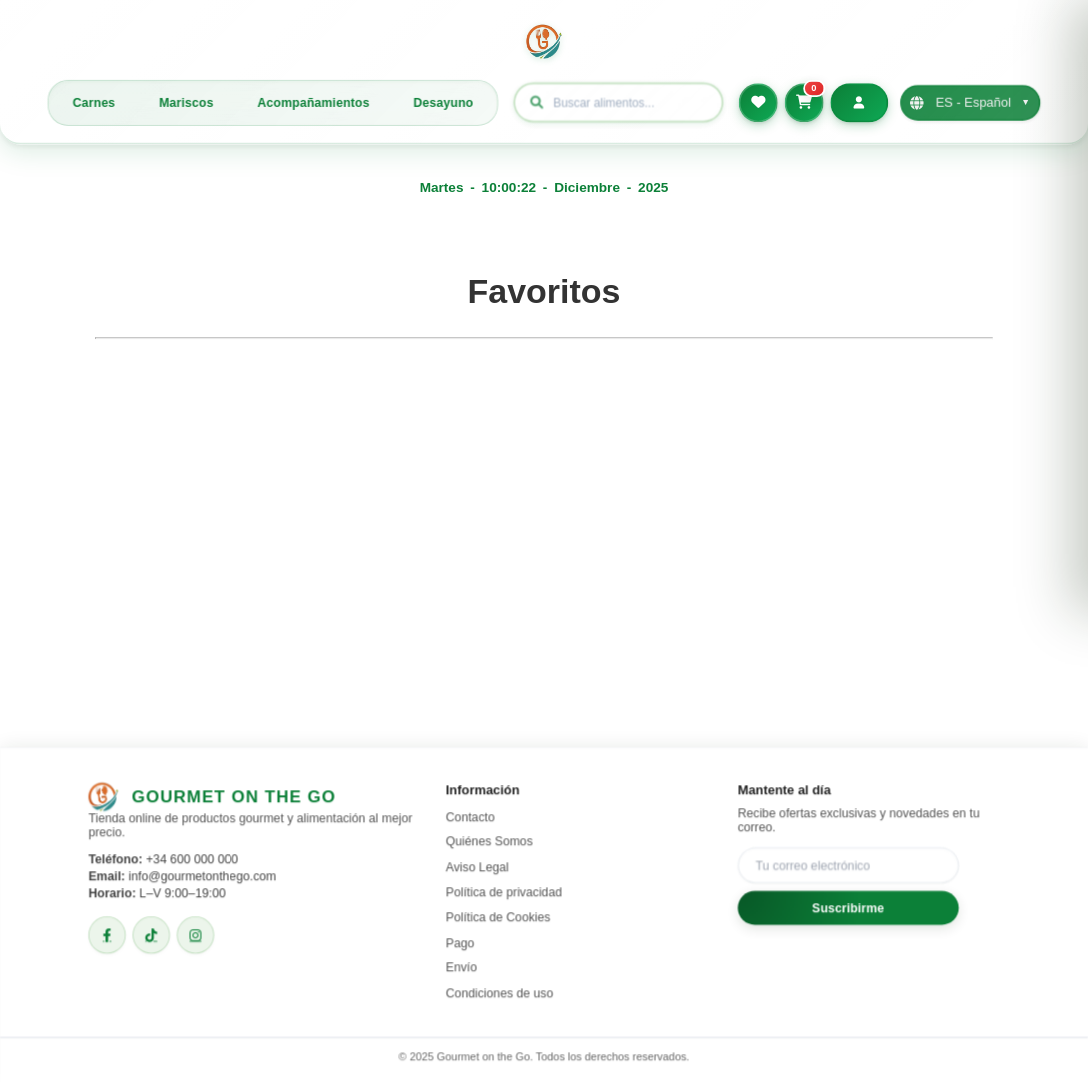
Repository: Kevingedev/Gourmet-on-the-Go
Page: ES/favoritos.html
The author's editor kept a copy of each file at every save. The page is drawn from the files as they stood at one save, then again after the next save.
The browser window is 1280 px wide. The pictures show the whole page, at 85% of full size.

Above is the page before, as saved 2026-01-12 14:12:29.
Console error (its wording comes from the project's code and is left out).

After the next save:
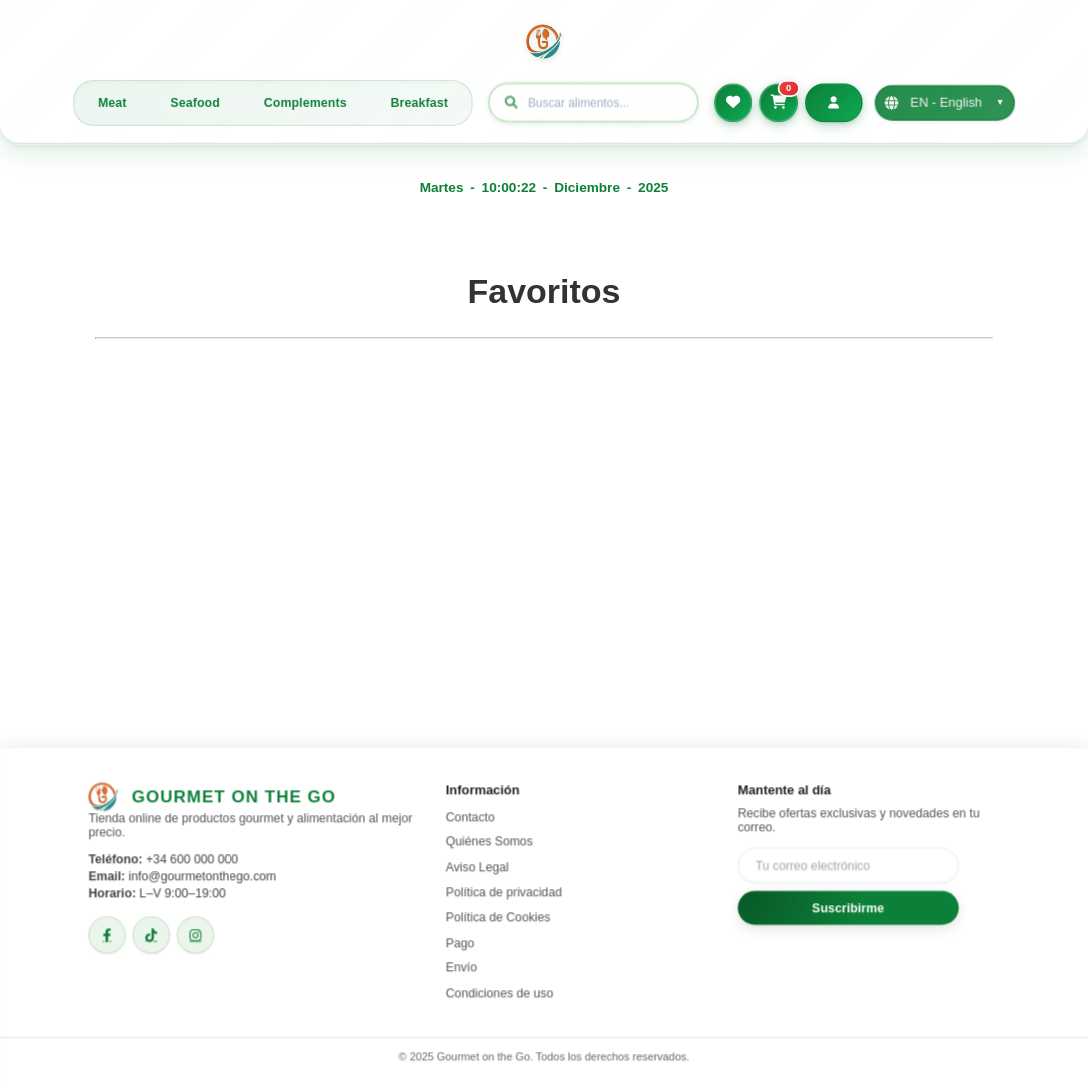
Console error: SyntaxError: missing ) after argument list
Saved 2 min 26 s later.
--- a/assets/js/data-loader/productService.js
+++ b/assets/js/data-loader/productService.js
@@ -79,7 +79,7 @@
     },
 
     async cargarProductos() {
-        const responseProducts = await fetch(pathProducts);
+        const responseProducts = await fetch(http://localhost:3001/products);
         const dataProducts = await responseProducts.json();
         return dataProducts; // Devuelve un array de objetos con todos los productos
     },

After the 6 saves that followed:
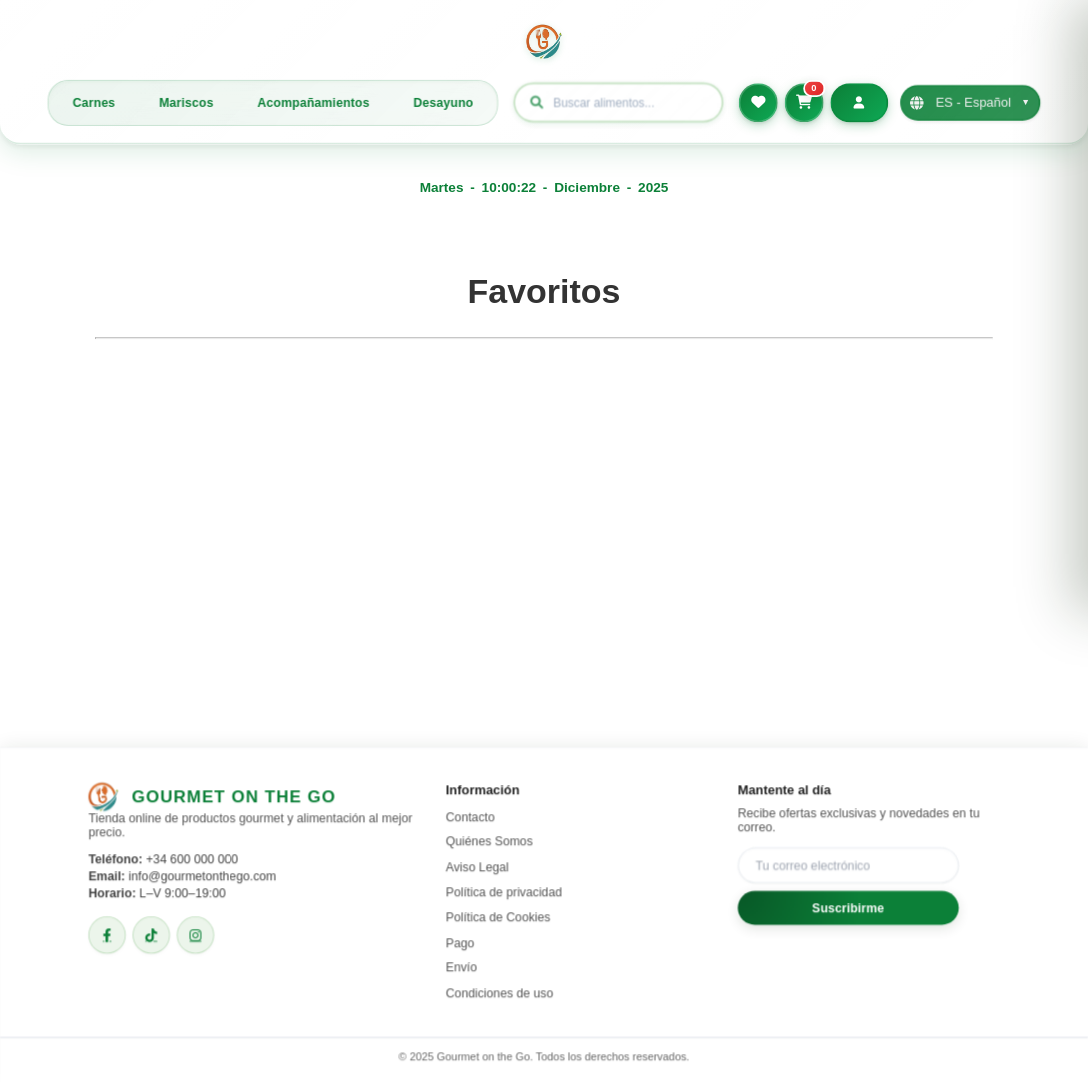
Console error (its wording comes from the project's code and is left out).
The 6 saves are shown as one change because 2 left the picture as it was and some came seconds apart.
The last was saved 57 s later.
--- a/assets/js/data-loader/productService.js
+++ b/assets/js/data-loader/productService.js
@@ -79,7 +79,7 @@
     },
 
     async cargarProductos() {
-        const responseProducts = await fetch(http://localhost:3001/products);
+        const responseProducts = await fetch("http://localhost:3001/products");
         const dataProducts = await responseProducts.json();
         return dataProducts; // Devuelve un array de objetos con todos los productos
     },
